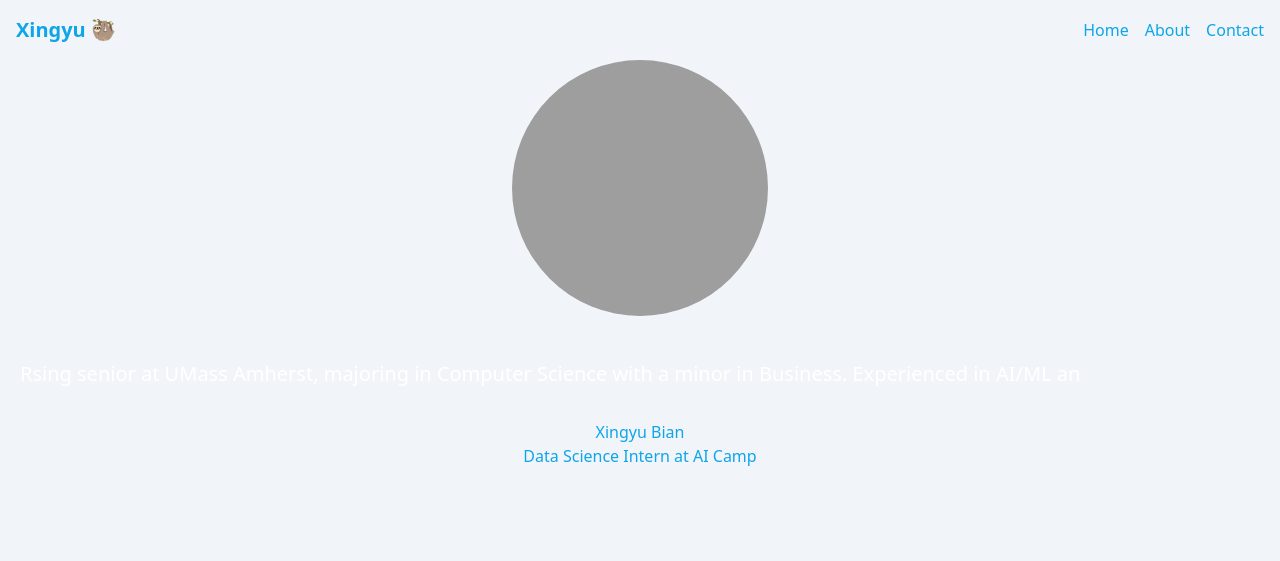
Repository: therealcyberlord/personal-portfolio
Page: /
The author's editor kept a copy of each file at every save. The page is drawn from the files as they stood at one save, then again after the next save.
The browser window is 1280 px wide. The pictures show the whole page.
Pictures or frames that could not be fetched are drawn as grey boxes. The project was rebuilt for these pictures with package versions that can differ from the ones it lists, and the page was loaded fresh each time. Also part of the build but not shown: vite.config.ts, src/pages/About.tsx, src/pages/Contact.tsx.

Above is the page before, as saved 2023-07-23 12:56:48.

After the next save:
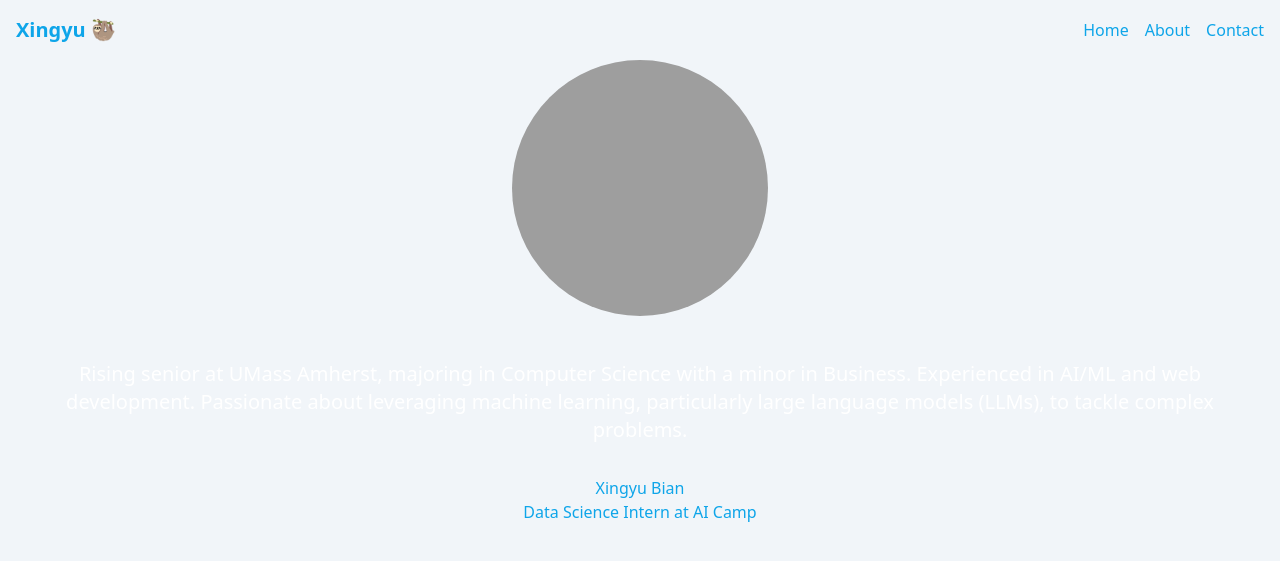
Saved 49 s later.
--- a/src/components/Profile.tsx
+++ b/src/components/Profile.tsx
@@ -15,22 +15,22 @@ const Profile: React.FC<ProfileProps> = ({
 }) => {
   const [typedText, setTypedText] = useState("");
 
-  useEffect(() => {
-    let currentIndex = 0;
-    const intervalId = setInterval(() => {
-      if (currentIndex < description.length) {
-        console.log(description[currentIndex]);
-        setTypedText((prevText) => prevText + description[currentIndex]);
-        currentIndex++;
-      } else {
-        clearInterval(intervalId);
-      }
-    }, 50);
+  // useEffect(() => {
+  //   let currentIndex = 0;
+  //   const intervalId = setInterval(() => {
+  //     if (currentIndex < description.length) {
+  //       console.log(description[currentIndex]);
+  //       setTypedText((prevText) => prevText + description[currentIndex]);
+  //       currentIndex++;
+  //     } else {
+  //       clearInterval(intervalId);
+  //     }
+  //   }, 50);
 
-    return () => {
-      clearInterval(intervalId);
-    };
-  }, [description]);
+  //   return () => {
+  //     clearInterval(intervalId);
+  //   };
+  // }, [description]);
 
   return (
     <>
@@ -44,7 +44,7 @@ const Profile: React.FC<ProfileProps> = ({
           <blockquote>
             {/* Add a larger font size class, e.g., 'text-xl' */}
             <p className="p-5 text-lg font-large text-white text-xl">
-              {typedText}
+              {description}
             </p>
           </blockquote>
         </div>
